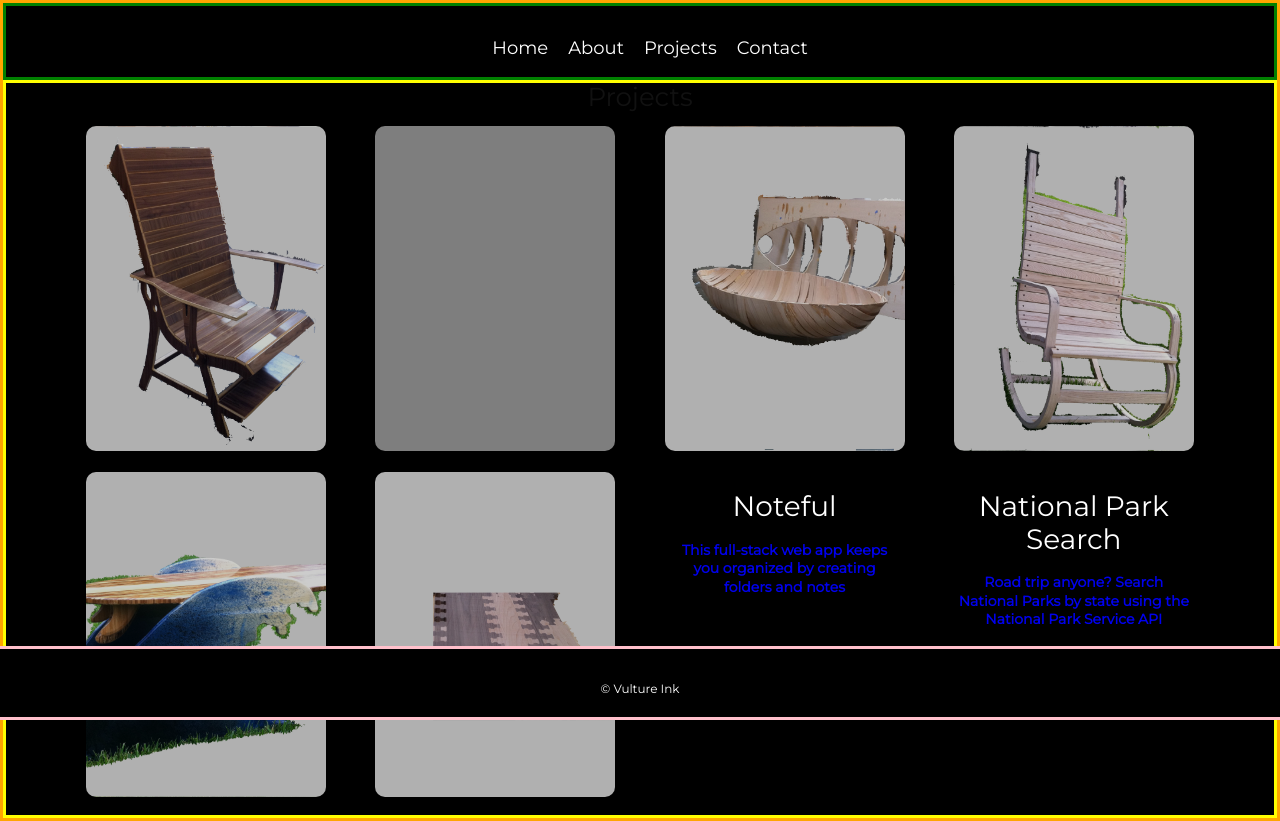
Repository: kaitlynMidori/anon_ink
Page: pages/Projects.html
An editor plug-in stored every save of this project. The page is shown before and after the next save, followed by the edit.
The browser window is 1280 px wide. The pictures show the whole page.
Pictures or frames that could not be fetched are drawn as grey boxes. Some web libraries are served in a nearby version.

Above is the page before, as saved 2021-09-07 12:26:55.

After the next save:
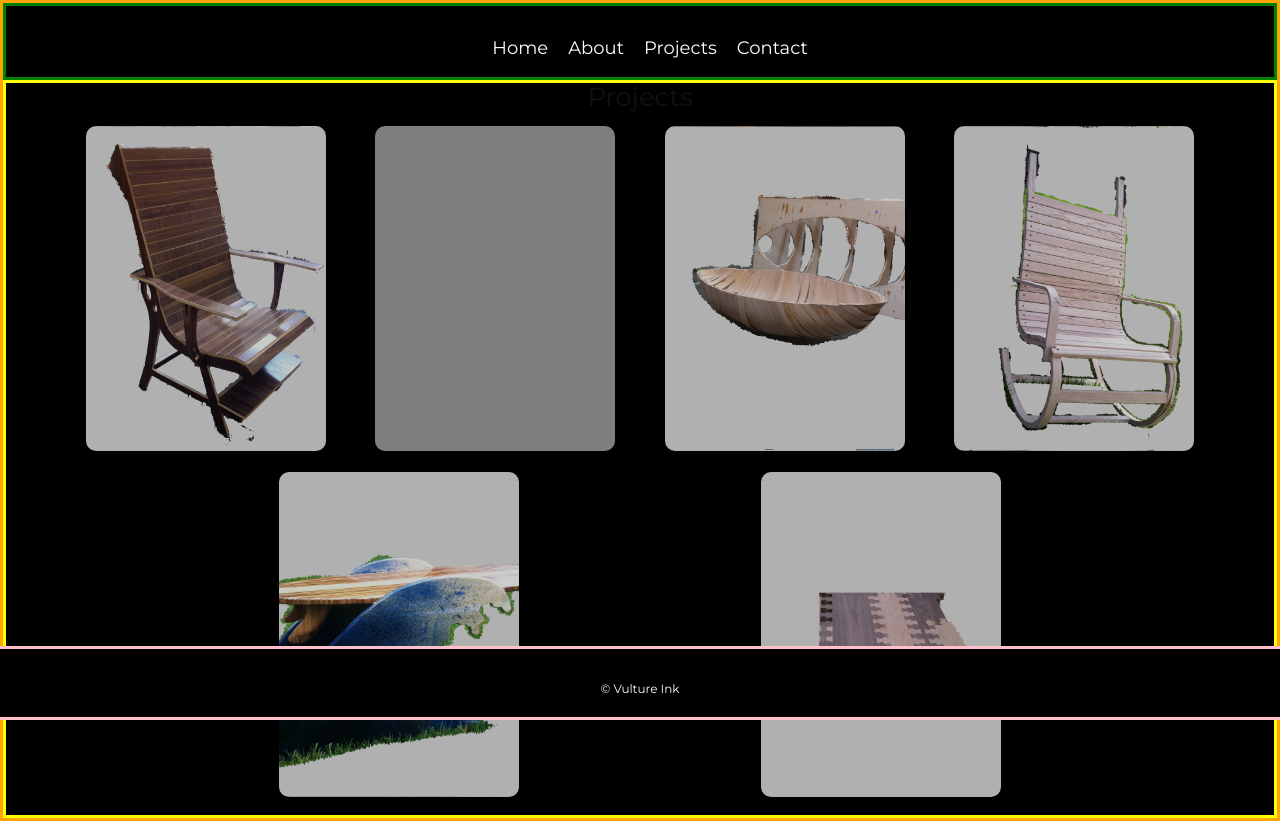
Saved 72 s later.
--- a/pages/Projects.html
+++ b/pages/Projects.html
@@ -73,20 +73,8 @@
           </div>
         </div>
       </div>
-      <div class="card">
-        <div class="card-inner">
-          <div class="card-seven-front">
-            <a href="https://noteful-client-v5.vercel.app/" id="card7"><h1>Noteful</h1><p>This full-stack web app keeps you organized by creating folders and notes</p></a>
-          </div>
-        </div>
-      </div>
-      <div class="card">
-        <div class="card-inner">
-          <div class="card-eight-front">
-            <a href="https://national-park-finder.vercel.app/" id="card8"><h1>National Park Search</h1><p>Road trip anyone? Search National Parks by state using the National Park Service API</p></a>
-          </div>
-        </div>
-      </div>
+
+
     </div>
     <footer><p>© Vulture Ink</p></footer>
     </div>
